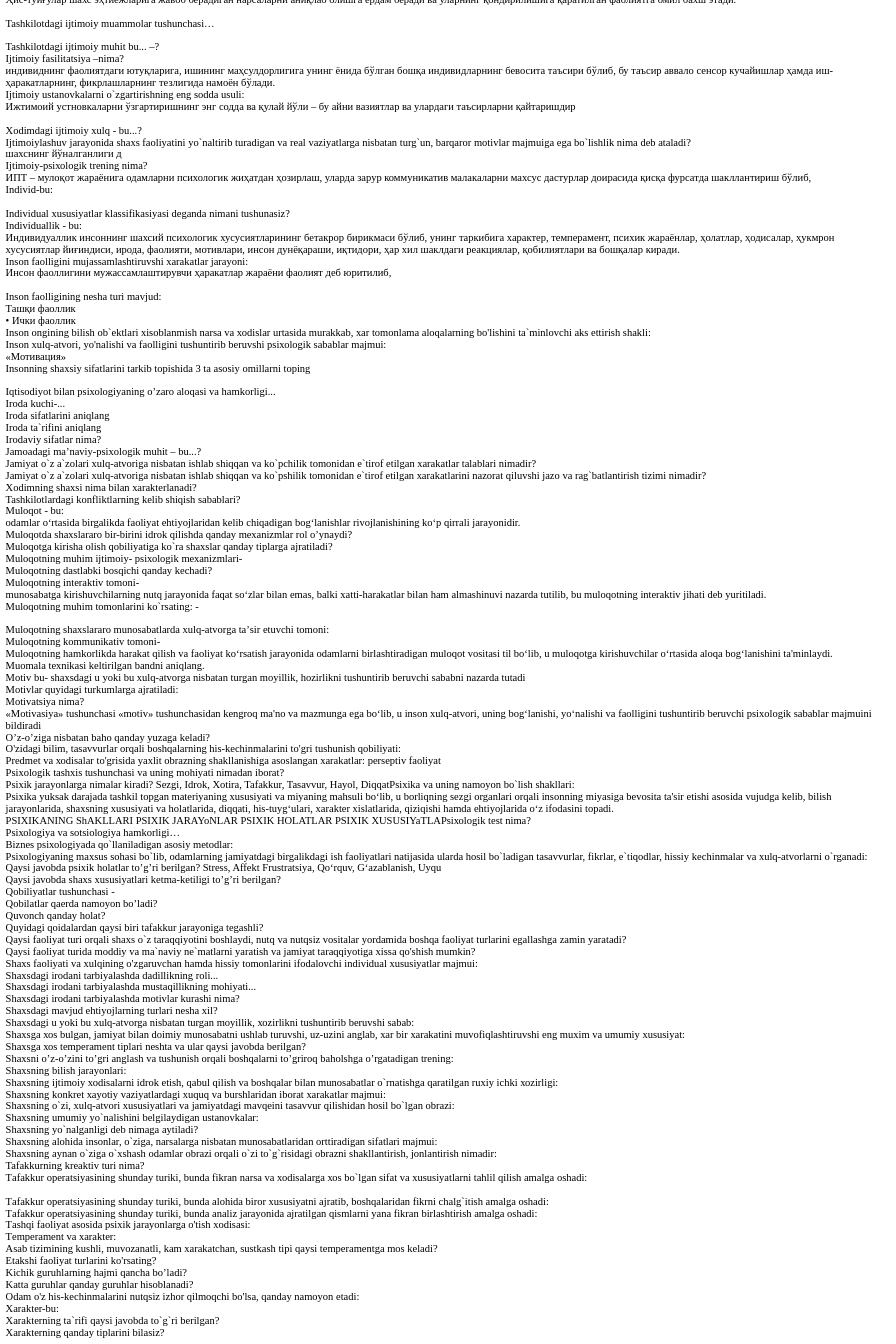
Repository: Ikromkhurozov/exam-inst
Page: index.html
The author's editor kept a copy of each file at every save. The page is drawn from the files as they stood at one save, then again after the next save.
The browser window is 1280 px wide. The pictures show the part of the page from y = 1037 to 2957 px (the page is 2957 px tall), at 70% of full size.

Above is the page before, as saved 2023-05-31 14:08:40.

After the next save:
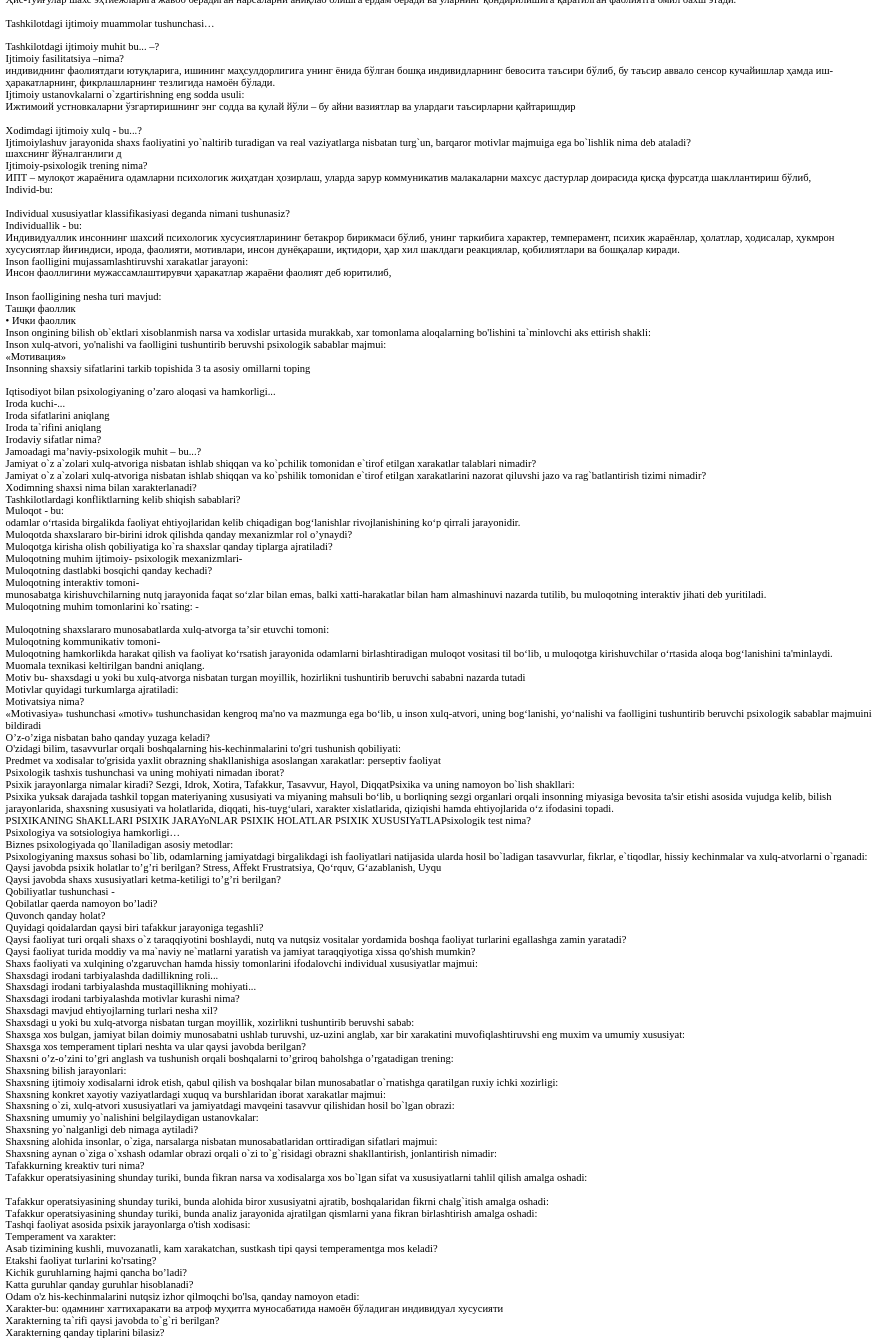
Saved 80 s later.
--- a/index.html
+++ b/index.html
@@ -192,7 +192,7 @@
      <br/> Kichik guruhlаrning hаjmi qаnchа bo’lаdi?
      <br/> Kаttа guruhlаr qаndаy guruhlаr hisоblаnаdi?
      <br/> Оdаm o'z his-kechinmаlаrini nutqsiz izhоr qilmоqchi bo'lsа, qаndаy nаmоyon etаdi:
-     <br/> Хаrаktеr-bu:
+     <br/> Хаrаktеr-bu:  одамнинг хаттихаракати ва атроф муҳитга муносабатида намоён бўладиган индивидуал хусусияти
      <br/> Хаrаktеrning tа`rifi qаysi jаvоbdа to`g`ri bеrilgаn?
      <br/> Хаrаktеrning qаndаy tiplаrini bilаsiz?
 
